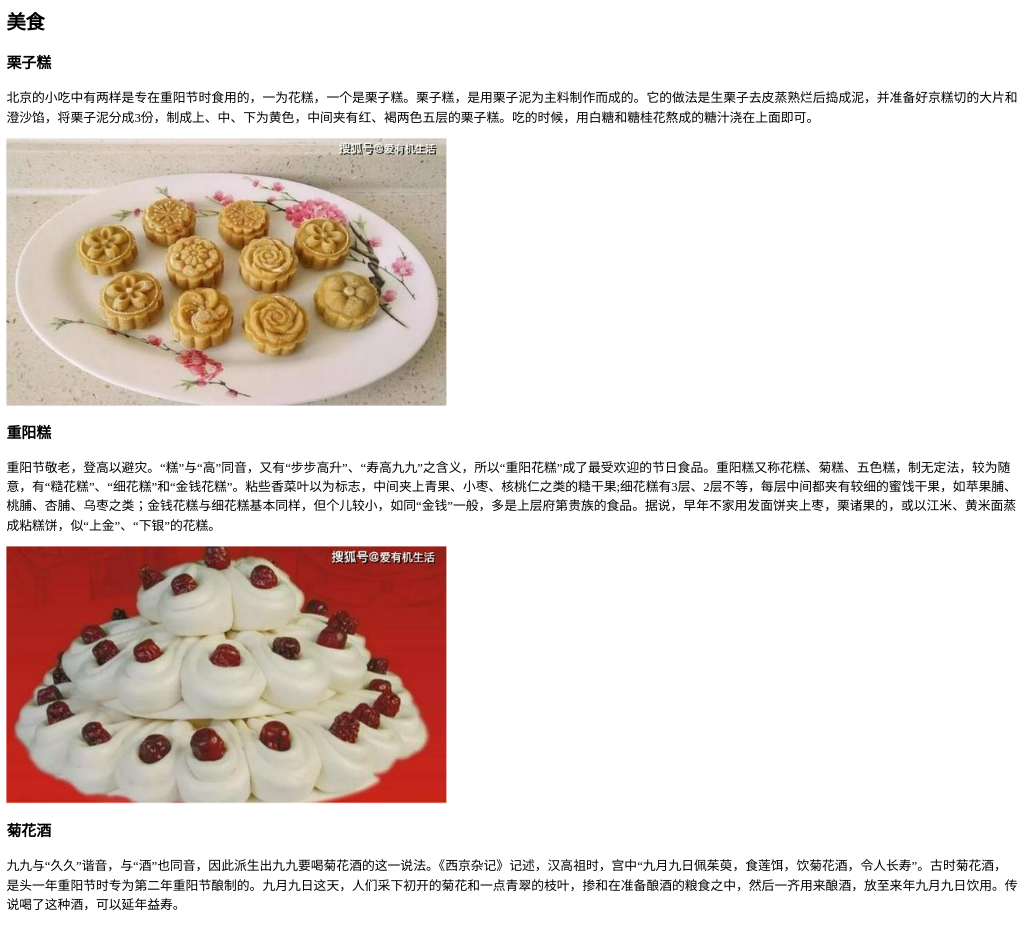
Repository: XueJie1/computer-operation-basics
Page: pages/doubleninthfes/cuisine.html
The author's editor kept a copy of each file at every save. The page is drawn from the files as they stood at one save, then again after the next save.
The browser window is 1280 px wide. The pictures show the whole page, at 80% of full size.

Above is the page before, as saved 2023-09-05 14:25:31.

After the next save:
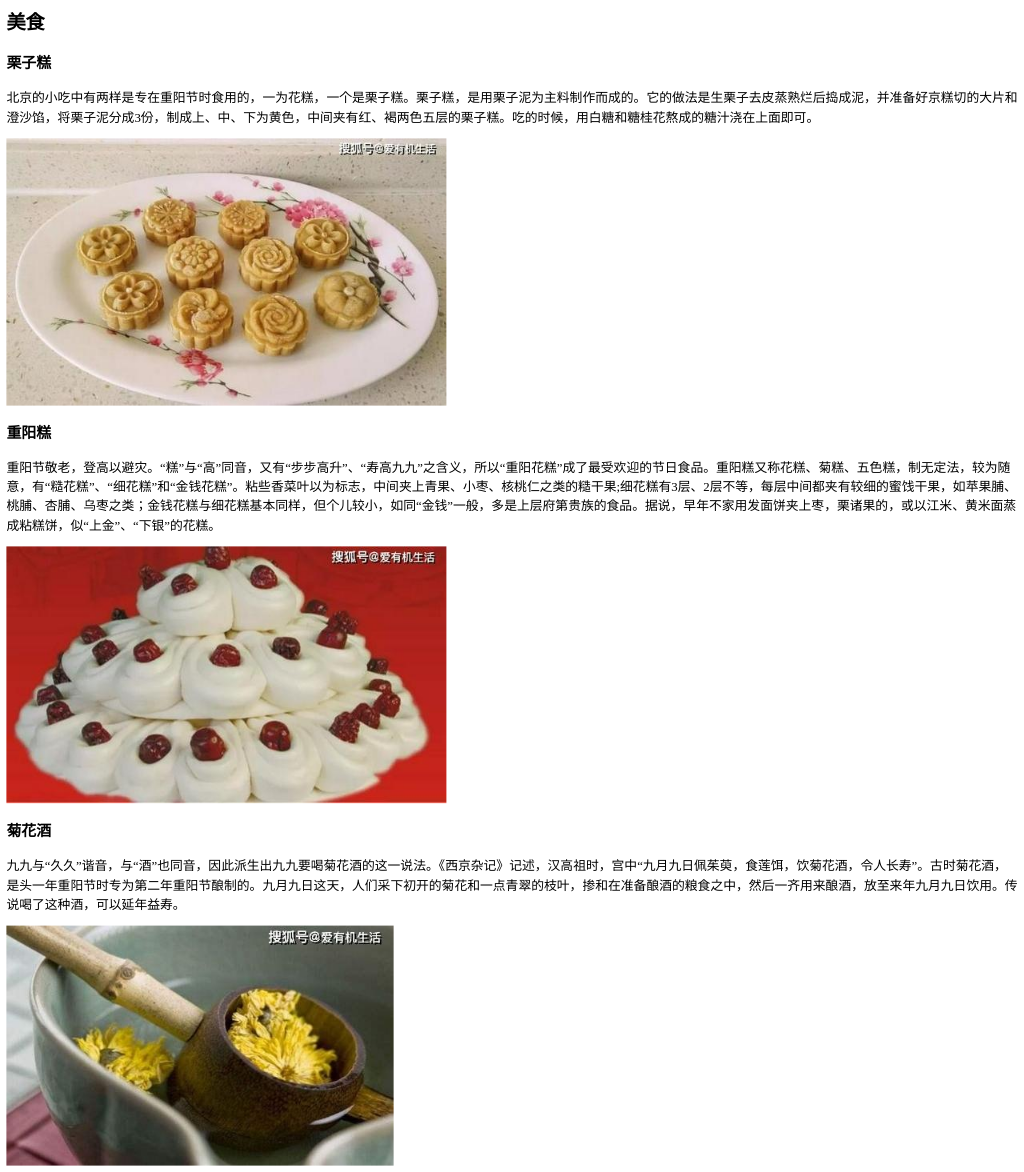
Saved 82 s later.
--- a/pages/doubleninthfes/cuisine.html
+++ b/pages/doubleninthfes/cuisine.html
@@ -9,10 +9,11 @@
 <p>重阳节敬老，登高以避灾。“糕”与“高”同音，又有“步步高升”、“寿高九九”之含义，所以“重阳花糕”成了最受欢迎的节日食品。重阳糕又称花糕、菊糕、五色糕，制无定法，较为随意，有“糙花糕”、“细花糕”和“金钱花糕”。粘些香菜叶以为标志，中间夹上青果、小枣、核桃仁之类的糙干果;细花糕有3层、2层不等，每层中间都夹有较细的蜜饯干果，如苹果脯、桃脯、杏脯、乌枣之类；金钱花糕与细花糕基本同样，但个儿较小，如同“金钱”一般，多是上层府第贵族的食品。据说，早年不家用发面饼夹上枣，栗诸果的，或以江米、黄米面蒸成粘糕饼，似“上金”、“下银”的花糕。
 </p>
 <div class="img">
-    <img src="/img/chongyanggao.jpg" alt="栗子糕">
+    <img src="/img/chongyanggao.jpg" alt="重阳糕">
 </div>
 <h3>菊花酒</h3>
 <p>九九与“久久”谐音，与“酒”也同音，因此派生出九九要喝菊花酒的这一说法。《西京杂记》记述，汉高祖时，宫中“九月九日佩茱萸，食莲饵，饮菊花酒，令人长寿”。古时菊花酒，是头一年重阳节时专为第二年重阳节酿制的。九月九日这天，人们采下初开的菊花和一点青翠的枝叶，掺和在准备酿酒的粮食之中，然后一齐用来酿酒，放至来年九月九日饮用。传说喝了这种酒，可以延年益寿。
 </p>
 <div class="img">
-    <img src="" </div>
+    <img src="/img/chrysanthemum-wine.jpg" alt="菊花酒">
+</div>
